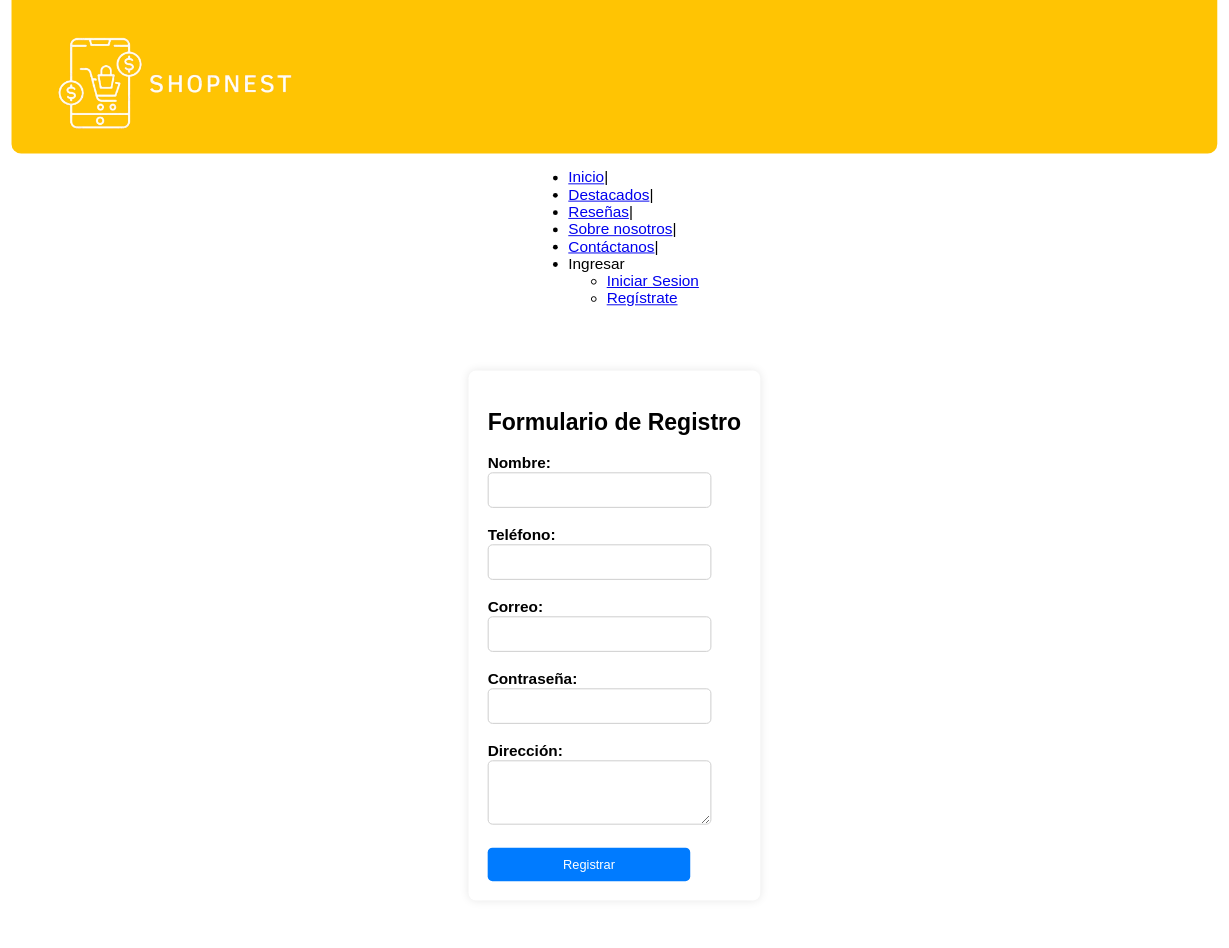
Repository: Regmalek07/ProyectoU
Page: registro.html
An editor plug-in stored every save of this project. The page is shown before and after the next save, followed by the edit.
The browser window is 1280 px wide. The pictures show the whole page, at 96% of full size.

Above is the page before, as saved 2024-04-29 14:47:18.

After the next save:
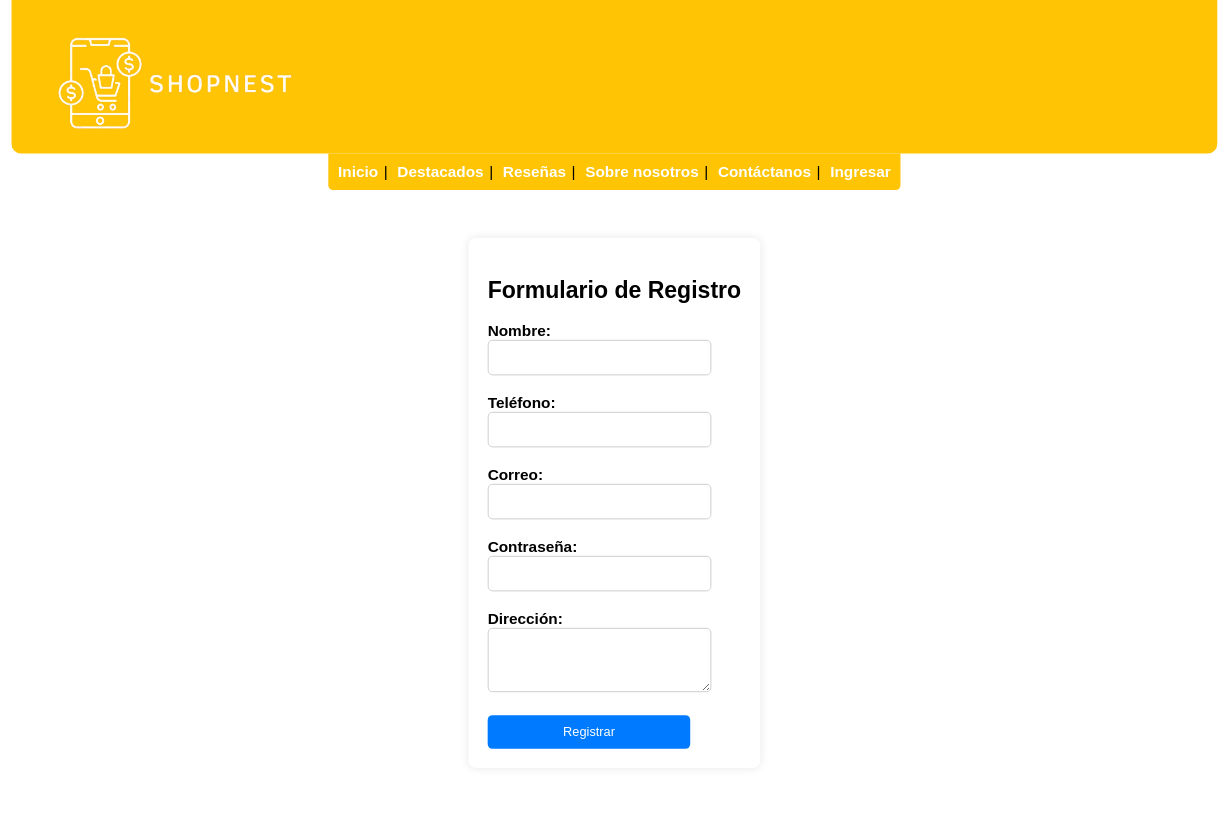
Saved 15 s later.
--- a/styles/styles4.css
+++ b/styles/styles4.css
@@ -71,3 +71,90 @@
   button[type="submit"]:hover {
     background-color: #0056b3;
   }
+
+  .menu-container {
+    background-color: #ffc403; /* Color del encabezado */
+    padding: 10px 0; /* Agrega un poco de espacio alrededor del menú */
+    padding: 10px;
+    border-left: 2px;
+    border-right: 2px;
+    border-bottom: 2px;
+    border-bottom-left-radius: 5px;
+    border-bottom-right-radius: 5px;
+}
+
+nav {
+    margin-top: auto;
+
+}
+
+nav ul {
+    list-style-type: none;
+    margin: 0;
+    padding: 0;
+    display: flex;
+    justify-content: center;
+}
+
+nav li {
+    margin-right: 20px;
+    position: relative;
+}
+
+nav li:last-child {
+    margin-right: 0;
+}
+
+nav span {
+    position: absolute;
+    top: 50%;
+    right: -10px;
+    transform: translateY(-50%);
+}
+
+nav a {
+    text-decoration: none;
+    color: #fff;
+    font-weight: bold;
+}
+
+nav a:hover {
+    color: #105;
+}
+
+.menu {
+    position: relative;
+    text-align: center;
+}
+
+.menu ul {
+    list-style-type: none;
+    padding: 0;
+    margin: 0;
+    display: none; /* Oculta las opciones por defecto */
+    position: absolute;
+    left: 0;
+    width: 150px;
+    background-color: #ffc403; /* Color de fondo */
+    border-radius: 5px; /* Redondea las esquinas */
+}
+
+.menu:hover ul {
+    display: block; /* Muestra las opciones al pasar el ratón */
+}
+
+.menu ul li:first-child {
+    border-top: none; /* Elimina el borde superior del primer elemento */
+}
+
+.menu ul li a {
+    display: block;
+    text-decoration: none;
+    color: #fff; /* Color del texto */
+    padding: 10px; /* Añade un relleno */
+    width: 150px;
+}
+
+.menu ul li a:hover {
+    color: #000; /* Cambia el color del texto al pasar el ratón */
+}
